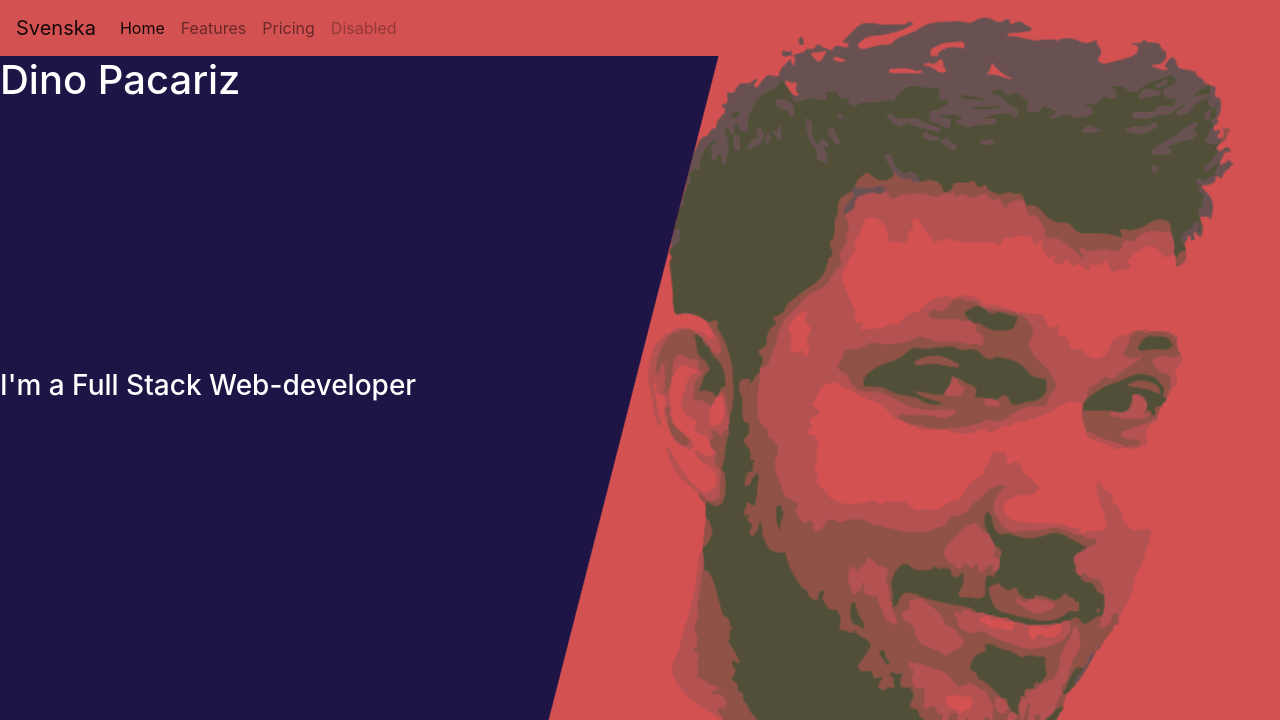
Repository: ImDino/Portfolio
Page: index.html
An editor plug-in stored every save of this project. The page is shown before and after the next save, followed by the edit.
The browser window is 1280 px wide. The pictures show the whole page.
Some web libraries are served in a nearby version. The style sheet was rebuilt from its Sass, Less or Tailwind sources for each picture, by a compiler version that may differ from the author's.

Above is the page before, as saved 2020-11-04 00:18:53.

After the next save:
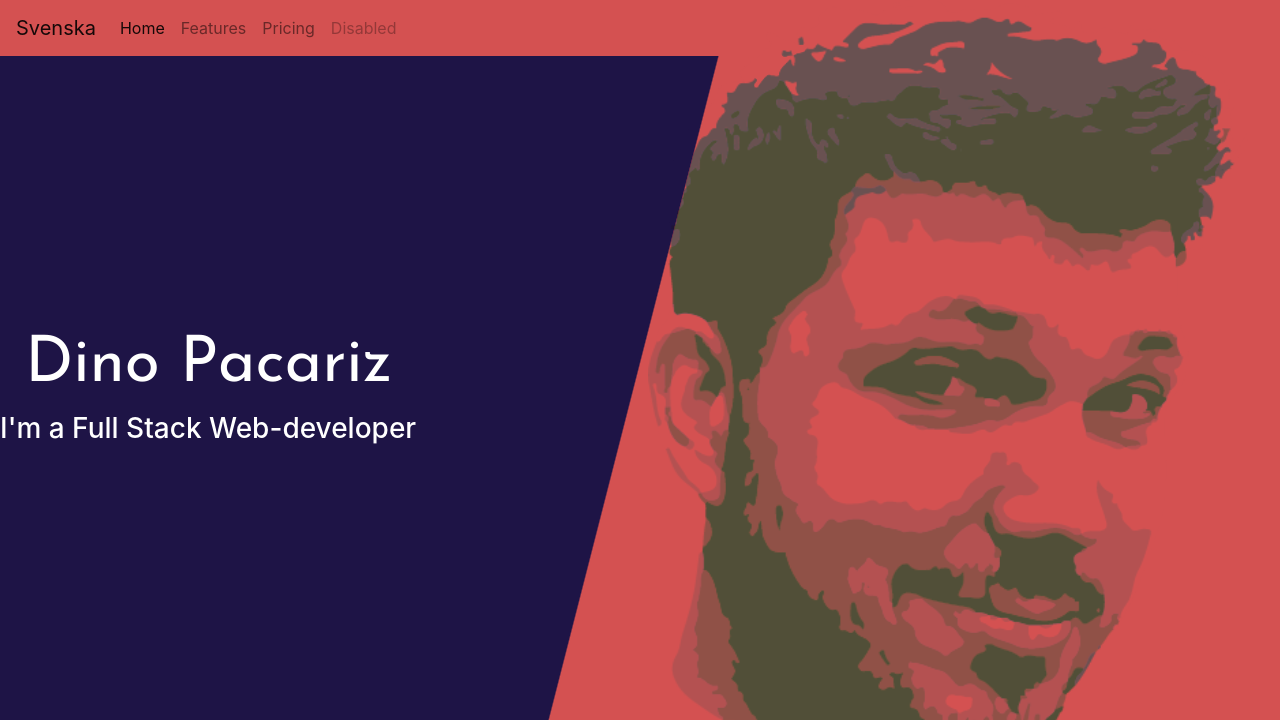
Saved 4 s later.
--- a/index.html
+++ b/index.html
@@ -41,9 +41,9 @@
         </div>
     </nav>
     <div id='purple-div'>
+        <h1>Dino Pacariz</h1>
         <h3>I'm a Full Stack Web-developer</h3>
     </div>
-    <h1>Dino Pacariz</h1>
     <div id='face'>
         <img src="img/vectorFace.png" alt="">
     </div>
